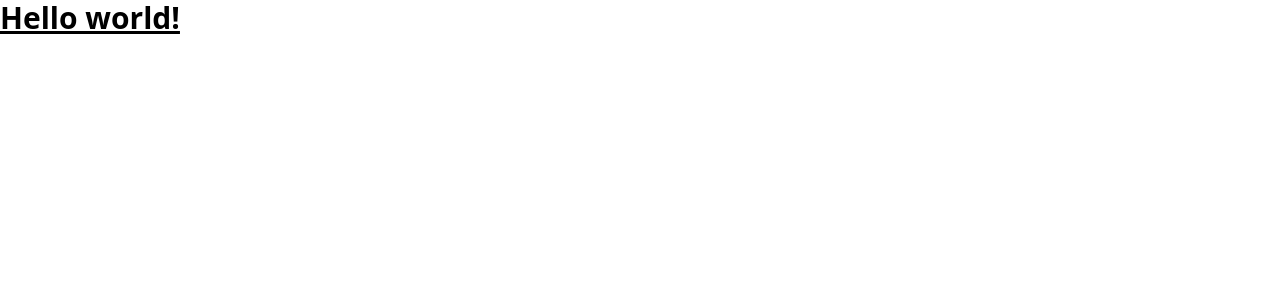
Repository: AfzalHaq61/tailwind-deep
Page: tailwind-html/index.html
The author's editor kept a copy of each file at every save. The page is drawn from the files as they stood at one save, then again after the next save.
The browser window is 1280 px wide. The pictures show the whole page.
Some web libraries are served in a nearby version.

Above is the page before, as saved 2023-01-01 03:12:41.

After the next save:
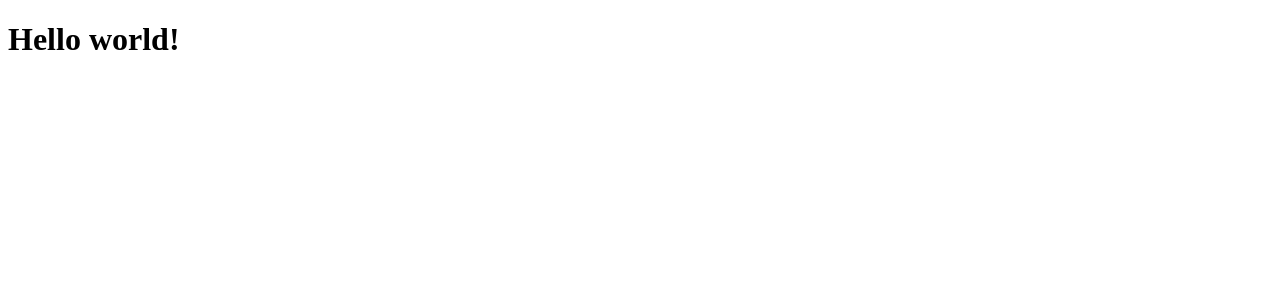
Saved 3 min 27 s later.
--- a/tailwind-html/index.html
+++ b/tailwind-html/index.html
@@ -5,7 +5,8 @@
     <meta http-equiv="X-UA-Compatible" content="IE=edge">
     <meta name="viewport" content="width=device-width, initial-scale=1.0">
     <title>Document</title>
-    <script src="https://cdn.tailwindcss.com"></script>
+    <!-- you can add tailwind by cdn -->
+    <!-- <script src="https://cdn.tailwindcss.com"></script> -->
 </head>
 <body>
   <h1 class="text-3xl font-bold underline">
